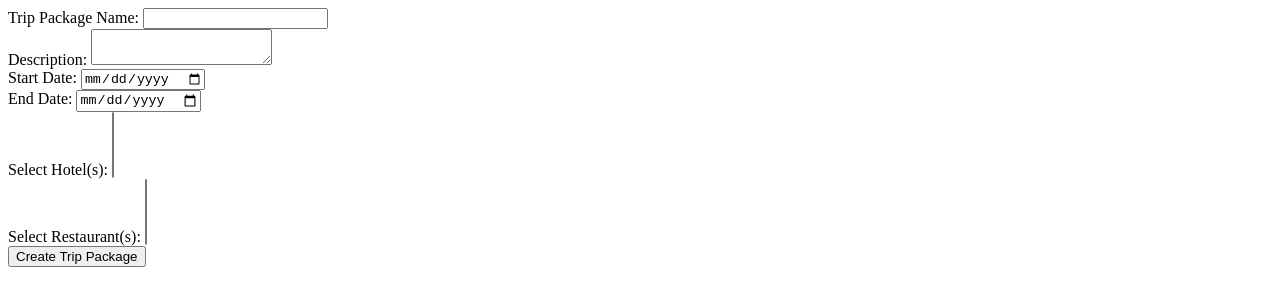
Repository: nyeinsu4520/tourland
Page: http://localhost/TripPackage
The author's editor kept a copy of each file at every save. The page is drawn from the files as they stood at one save, then again after the next save.
The browser window is 1280 px wide. The pictures show the whole page.
The page is this project's Thymeleaf template; nobody is signed in. The template is opened directly, without the code that normally fills it, so the values that code supplies are empty.

Above is the page before, as saved 2024-06-27 14:12:27.

### Tourland/src/main/resources/templates/TripPackage.html
<!DOCTYPE html>
<html xmlns:th="http://www.thymeleaf.org">
<head>
    <meta charset="UTF-8">
    <title>Create Trip Package</title>
</head>
<body>
    <form th:action="@{/admin/trip-packages/create}" th:object="${tripPackage}" method="post">
    <label>Trip Package Name: <input type="text" th:field="*{name}" /></label><br/>
    <label>Description: <textarea th:field="*{description}"></textarea></label><br/>
    <label>Start Date: <input type="date" th:field="*{startDate}" pattern="yyyy-MM-dd" /></label><br/>
    <label>End Date: <input type="date" th:field="*{endDate}" pattern="yyyy-MM-dd" /></label><br/>

    <label>Select Hotel(s):
        <select th:field="*{hotelIds}" multiple="multiple">
            <option th:each="hotel : ${allHotels}" th:value="${hotel.hotel_id}" th:text="${hotel.title}"></option>
        </select>
    </label><br/>

    <label>Select Restaurant(s):
        <select th:field="*{restaurantIds}" multiple="multiple">
            <option th:each="restaurant : ${allRestaurants}" th:value="${restaurant.restaurant_id}" th:text="${restaurant.title}"></option>
        </select>
    </label><br/>

    <button type="submit">Create Trip Package</button>
</form>

</body>
</html>

After the next save:
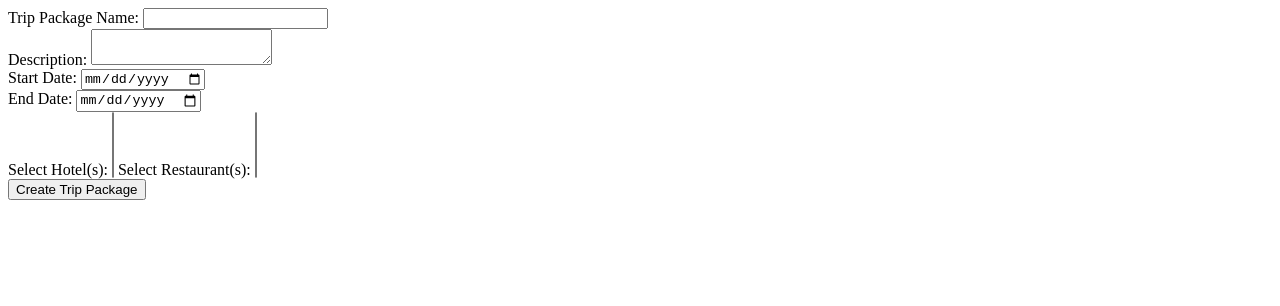
Saved 38 h 14 min later.
--- a/Tourland/src/main/resources/templates/TripPackage.html
+++ b/Tourland/src/main/resources/templates/TripPackage.html
@@ -11,11 +11,11 @@
     <label>Start Date: <input type="date" th:field="*{startDate}" pattern="yyyy-MM-dd" /></label><br/>
     <label>End Date: <input type="date" th:field="*{endDate}" pattern="yyyy-MM-dd" /></label><br/>
 
-    <label>Select Hotel(s):
+  	<label>Select Hotel(s):
         <select th:field="*{hotelIds}" multiple="multiple">
             <option th:each="hotel : ${allHotels}" th:value="${hotel.hotel_id}" th:text="${hotel.title}"></option>
         </select>
-    </label><br/>
+    </label>
 
     <label>Select Restaurant(s):
         <select th:field="*{restaurantIds}" multiple="multiple">

After the save that followed:
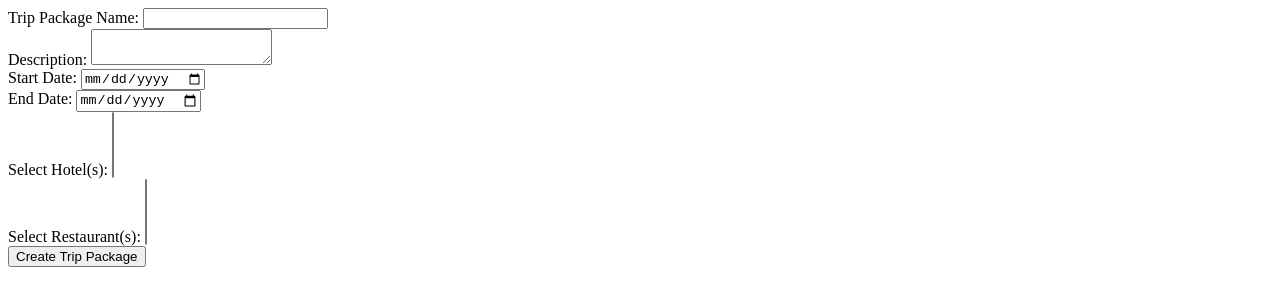
Saved 11 s later.
--- a/Tourland/src/main/resources/templates/TripPackage.html
+++ b/Tourland/src/main/resources/templates/TripPackage.html
@@ -15,7 +15,7 @@
         <select th:field="*{hotelIds}" multiple="multiple">
             <option th:each="hotel : ${allHotels}" th:value="${hotel.hotel_id}" th:text="${hotel.title}"></option>
         </select>
-    </label>
+    </label></br>
 
     <label>Select Restaurant(s):
         <select th:field="*{restaurantIds}" multiple="multiple">
